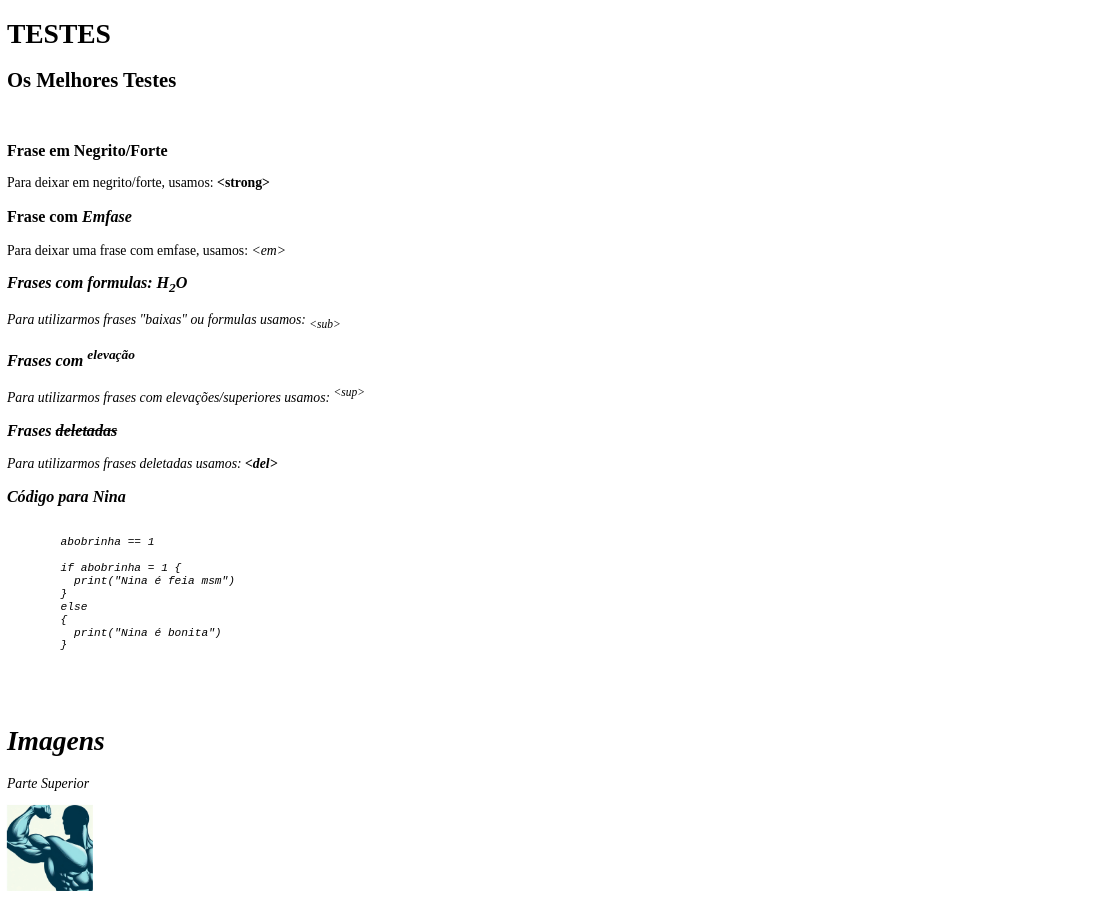
Repository: LuidyOn/Site_Forca_Total
Page: ForçaTotal/teste.html
An editor plug-in stored every save of this project. The page is shown before and after a run of saves, followed by the edit.
The browser window is 1280 px wide. The pictures show the whole page, at 86% of full size.

Above is the page before, as saved 2025-05-14 19:09:40.

After the next 2 saves:
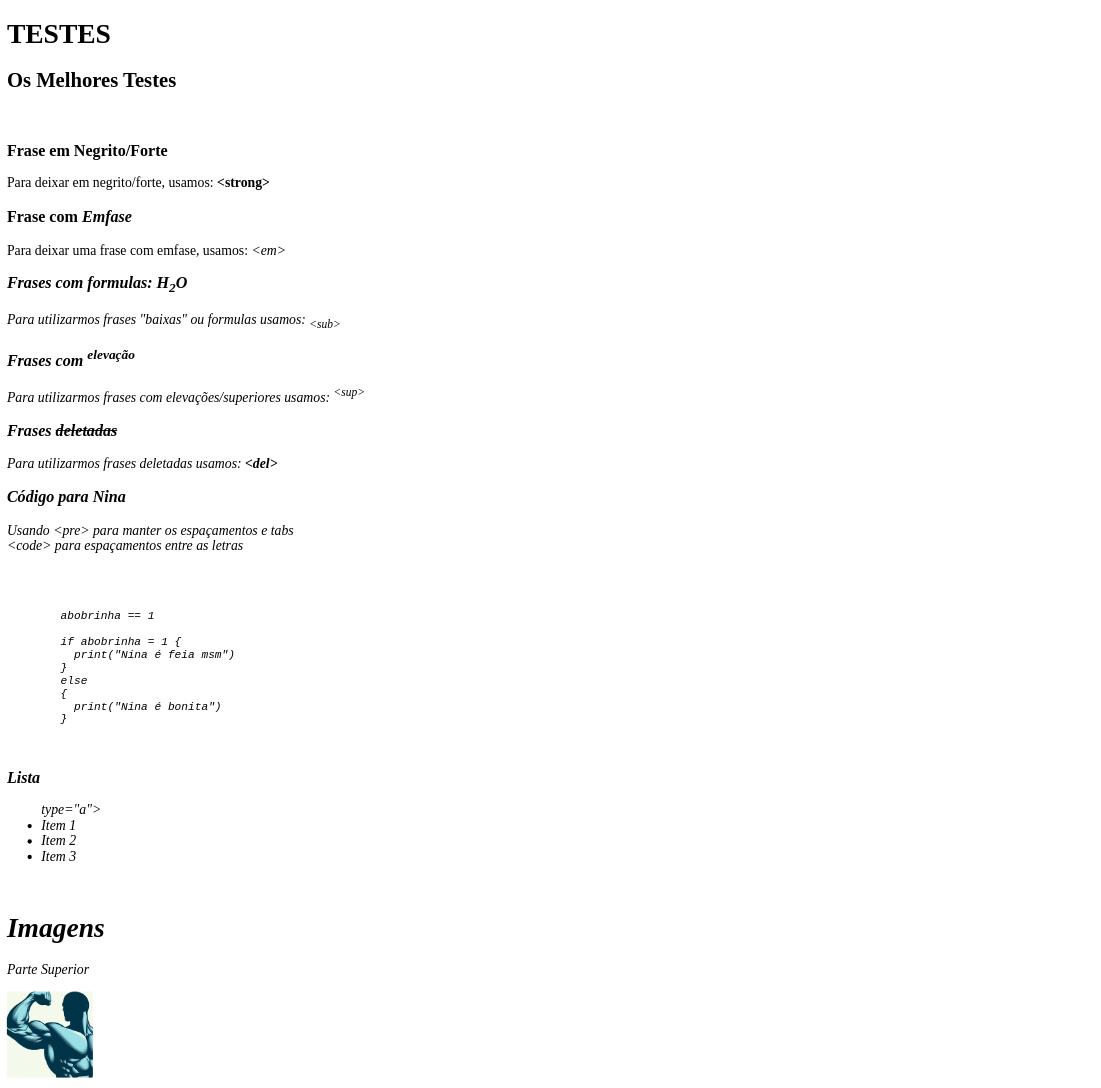
The 2 saves are shown as one change because they came seconds apart.
The last was saved 18 h 45 min later.
--- a/ForçaTotal/teste.html
+++ b/ForçaTotal/teste.html
@@ -29,6 +29,10 @@
 
 
     <h3>Código para Nina</h3>
+    <p>Usando &lt;pre&gt; para manter os espaçamentos e tabs <br> &lt;code&gt; para espaçamentos entre as letras</p>
+
+  <p><br></p>
+
     <pre>
       <code>
         abobrinha == 1
@@ -43,6 +47,13 @@
       </code>
     </pre>
 
+    <h3>Lista</h3>
+    <ul> type="a">
+      <li>Item 1</li>
+      <li>Item 2</li>
+      <li>Item 3</li>
+    </ul>
+
 <p><br></p>
 
 <h1>Imagens</h1>
